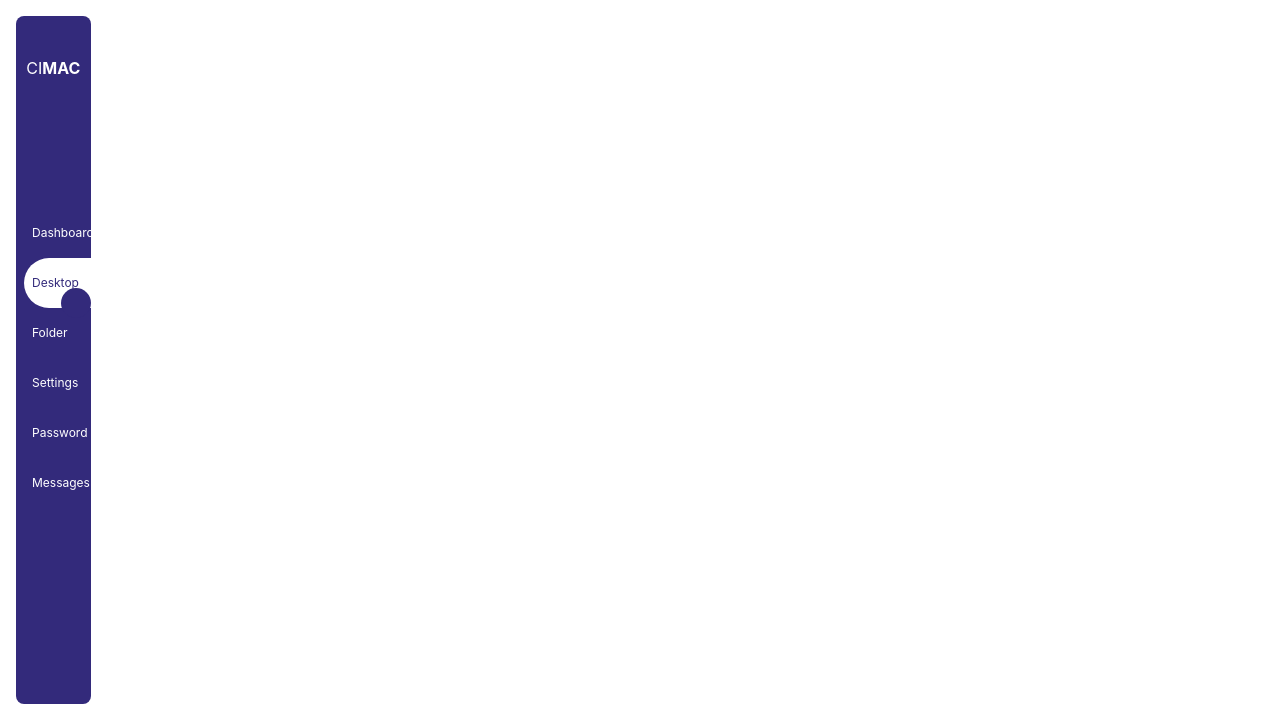
Repository: charleyvibez/experiment-Utility-software-UI
Page: index.html
The author's editor kept a copy of each file at every save. The page is drawn from the files as they stood at one save, then again after a run of saves.
The browser window is 1280 px wide. The pictures show the whole page.

Above is the page before, as saved 2020-03-17 23:41:39.

### index.html
<!DOCTYPE html>
<html lang="en">
<head>
  <meta charset="UTF-8">
  <meta name="viewport" content="width=device-width, initial-scale=1.0">

  <link rel="stylesheet" href="tailwind.css">
  <link rel="stylesheet" href="index.css">
  <title>Document</title>
</head>
<body>
  <aside class="w-1/12 p-4 h-screen">
    <div class="aside-container bg-gray-100 rounded-lg flex flex-col items-center h-full">
      <div class="logo pt-10 text-white">
        <h3>CI<span class="font-bold">MAC</span></h3>
      </div>

      <nav class="flex flex-col items-center text-xs mt-32 text-white w-full pl-2">
        <div class="nav-item w-full pl-2 py-4">Dashboard</div>
        <div class="nav-item w-full pl-2 py-4 active-nav">Desktop</div>
        <div class="nav-item w-full pl-2 py-4">Folder</div>
        <div class="nav-item w-full pl-2 py-4">Settings</div>
        <div class="nav-item w-full pl-2 py-4">Password</div>
        <div class="nav-item w-full pl-2 py-4">Messages</div>
      </nav>
    </div>

  </aside>
  <main></main>
</body>
</html>

### index.css
.aside-container {
  background: #332a7b;
}
.active-nav {
  position: relative;
  background:white;
  color: #332a7b;
  border-bottom-left-radius: 30px;
  border-top-left-radius: 30px;
}

.active-nav:before {
  position: absolute;
  content: '';
  height: 30px;
  width: 30px;
  border-radius: 50%;
  top: 30px;
  right: 0;
  background: #332a7b;
}

Loaded but not shown: tailwind.css (library)

After the next 2 saves:
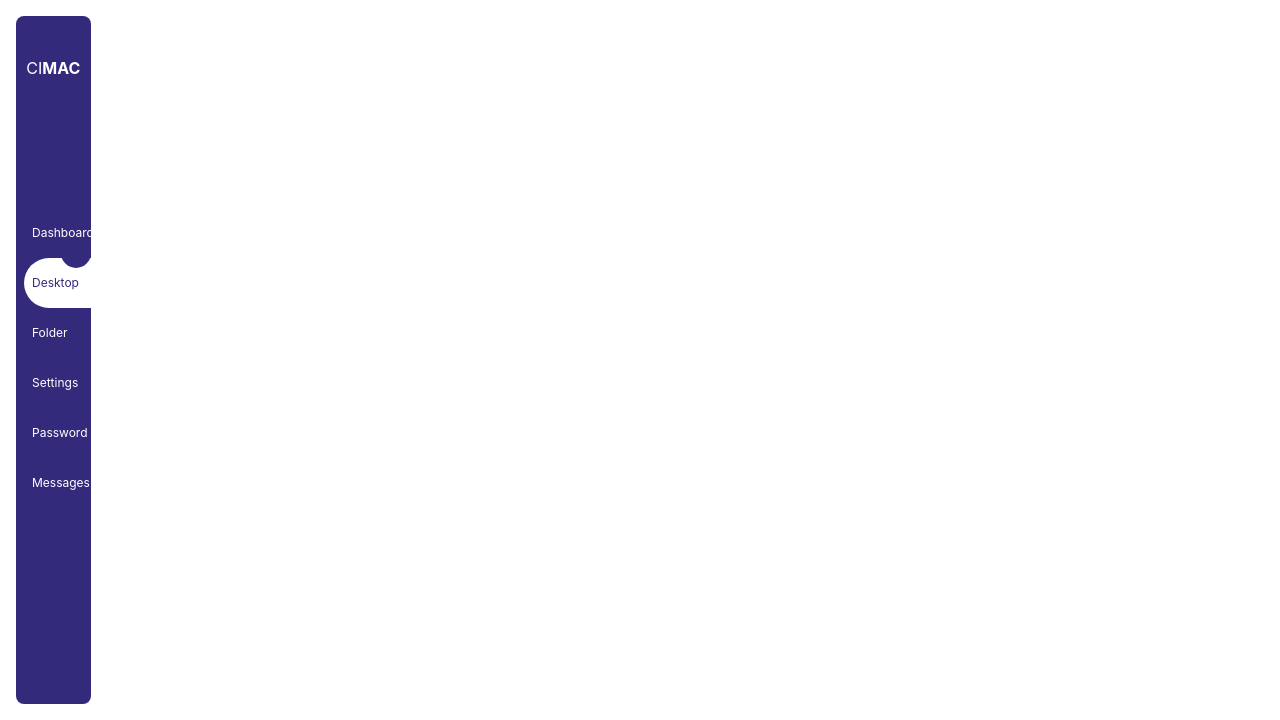
The 2 saves are shown as one change because they came seconds apart.
The last was saved 7 s later.
--- a/index.css
+++ b/index.css
@@ -15,7 +15,7 @@
   height: 30px;
   width: 30px;
   border-radius: 50%;
-  top: 30px;
+  top: -20px;
   right: 0;
   background: #332a7b;
 }
